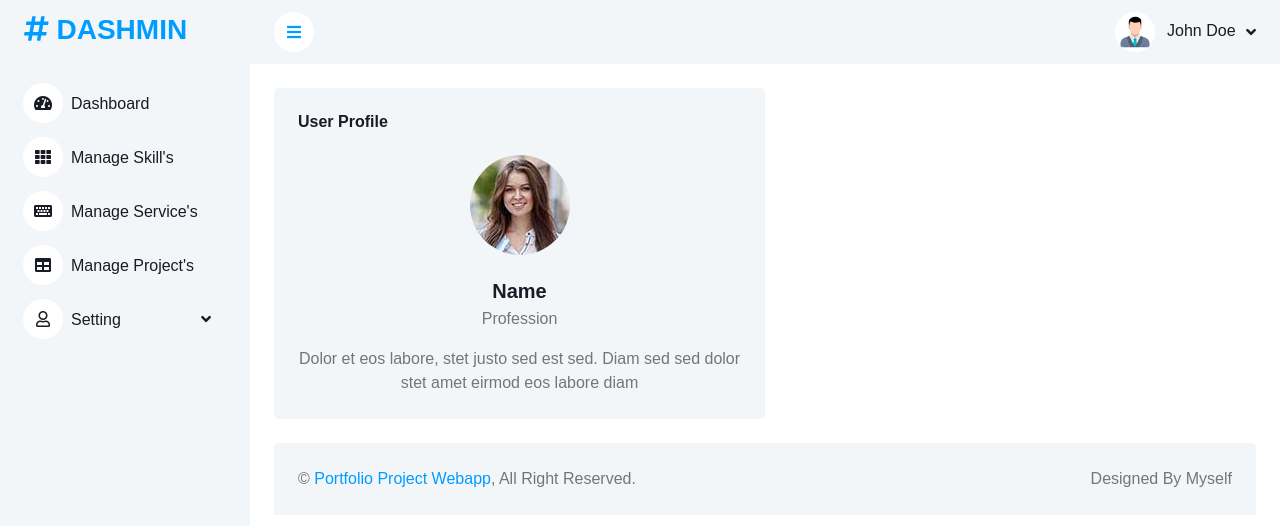
Repository: h4fizm/management-portfolio-project-webapp
Page: http://localhost/profile
The author's editor kept a copy of each file at every save. The page is drawn from the files as they stood at one save, then again after the next save.
The browser window is 1280 px wide. The pictures show the whole page.
Some web fonts or font styles are not loaded; a fallback is used. Some web libraries are served in a nearby version. The page is served by the project's Laravel application, run on PHP 8.4 with Laravel 12. A made-up administrator, Test User (test@example.com), is signed in. Other server files are loaded and not shown.

Above is the page before, as saved 2025-01-15 03:02:49.
Console error: TypeError: Cannot read properties of undefined (reading 'getContext')

### routes/web.php
<?php

use Illuminate\Support\Facades\Route;
use App\Http\Controllers\AuthController;
use App\Http\Controllers\DashboardController;
use App\Http\Controllers\ProfileController;

Route::get('/', function () {
    return view('LandingPage');
});

Route::get('/login', [AuthController::class, 'showLoginPage'])->name('login.page');
Route::post('/login', [AuthController::class, 'login'])->name('login');

Route::get('/register', [AuthController::class, 'showRegisterPage'])->name('register.page');
Route::post('/register', [AuthController::class, 'register'])->name('register');

Route::post('/logout', [AuthController::class, 'logout'])->name('logout');

// Lindungi route dashboard dengan middleware auth
Route::get('/dashboard', [DashboardController::class, 'showMainPage'])->middleware('auth')->name('dashboard');
Route::get('/profile', [ProfileController::class, 'showProfilePage'])->middleware('auth')->name('profile');

### app/Models/User.php
<?php

namespace App\Models;

use Illuminate\Database\Eloquent\Factories\HasFactory;
use Illuminate\Database\Eloquent\Model;
use Illuminate\Foundation\Auth\User as Authenticatable;

class User extends Authenticatable
{
    use HasFactory;

    // Tentukan tabel yang digunakan
    protected $table = 'user';

    // Tentukan kolom yang dapat diisi
    protected $fillable = ['name', 'email', 'password', 'upload_resume'];

    // Sembunyikan kolom tertentu saat serialisasi
    protected $hidden = ['password', 'remember_token'];
}

### app/Http/Controllers/ProfileController.php
<?php

namespace App\Http\Controllers;

use Illuminate\Http\Request;

class ProfileController extends Controller
{
    public function showProfilePage()
    {
        return view('menu.profile');
    }
}

### resources/views/menu/profile.blade.php
@extends('MainPage')
@section('title', 'User Profile')
@section('content')
<div class="container-fluid pt-4 px-4">
    <div class="col-sm-12 col-xl-6">
        <div class="bg-light rounded h-100 p-4">
            <h6 class="mb-4">User Profile</h6>
            <div class="owl-carousel testimonial-carousel">
                <div class="testimonial-item text-center">
                    <img class="img-fluid rounded-circle mx-auto mb-4" src="{{ asset('DashPage/img/testimonial-1.jpg') }}" style="width: 100px; height: 100px;">
                    <h5 class="mb-1">Name</h5>
                    <p>Profession</p>
                    <p class="mb-0">Dolor et eos labore, stet justo sed est sed. Diam sed sed dolor stet amet eirmod eos labore diam</p>
                </div>
            </div>
        </div>
    </div>
</div>
@endsection

### resources/views/MainPage.blade.php
<!DOCTYPE html>
<html lang="en">

<head>
    <meta charset="utf-8">
    <title>@yield('title')</title>
    <meta content="width=device-width, initial-scale=1.0" name="viewport">
    <meta content="" name="keywords">
    <meta content="" name="description">

    <!-- Favicon -->
    <link href="img/favicon.ico" rel="icon">

    <!-- Google Web Fonts -->
    <link rel="preconnect" href="https://fonts.googleapis.com">
    <link rel="preconnect" href="https://fonts.gstatic.com" crossorigin>
    <link href="https://fonts.googleapis.com/css2?family=Heebo:wght@400;500;600;700&display=swap" rel="stylesheet">

    <!-- Icon Font Stylesheet -->
    <link href="https://cdnjs.cloudflare.com/ajax/libs/font-awesome/5.10.0/css/all.min.css" rel="stylesheet">
    <link href="https://cdn.jsdelivr.net/npm/bootstrap-icons@1.4.1/font/bootstrap-icons.css" rel="stylesheet">

    <!-- Libraries Stylesheet -->
    <link href="{{ asset('DashPage/lib/owlcarousel/assets/owl.carousel.min.css')}}" rel="stylesheet">
    <link href="{{ asset('DashPage/lib/tempusdominus/css/tempusdominus-bootstrap-4.min.css')}}" rel="stylesheet" />

    <!-- Customized Bootstrap Stylesheet -->
    <link href="{{ asset('DashPage/css/bootstrap.min.css')}}" rel="stylesheet">

    <!-- Template Stylesheet -->
    <link href="{{ asset('DashPage/css/style.css')}}" rel="stylesheet">
</head>

<body>
    <div class="container-xxl position-relative bg-white d-flex p-0">
        <!-- Spinner Start -->
        <div id="spinner" class="show bg-white position-fixed translate-middle w-100 vh-100 top-50 start-50 d-flex align-items-center justify-content-center">
            <div class="spinner-border text-primary" style="width: 3rem; height: 3rem;" role="status">
                <span class="sr-only">Loading...</span>
            </div>
        </div>
        <!-- Spinner End -->


        <!-- Sidebar Start -->
        @include('partials.sidebar')
        <!-- Sidebar End -->


        <!-- Content Start -->
        <div class="content">
            <!-- Navbar Start -->
            @include('partials.header')
            <!-- Navbar End -->


            <!-- Main Content -->
             @yield('content')
            <!-- End Main Content -->

            <!-- Footer Start -->
             @include('partials.footer')
            <!-- Footer End -->
        </div>
        <!-- Content End -->


        <!-- Back to Top -->
        {{-- <a href="#" class="btn btn-lg btn-primary btn-lg-square back-to-top"><i class="bi bi-arrow-up"></i></a> --}}
    </div>

    <!-- JavaScript Libraries -->
    <script src="https://code.jquery.com/jquery-3.4.1.min.js"></script>
    <script src="https://cdn.jsdelivr.net/npm/bootstrap@5.0.0/dist/js/bootstrap.bundle.min.js"></script>
    <script src="{{ asset('DashPage/lib/chart/chart.min.js')}}"></script>
    <script src="{{ asset('DashPage/lib/easing/easing.min.js')}}"></script>
    <script src="{{ asset('DashPage/lib/waypoints/waypoints.min.js')}}"></script>
    <script src="{{ asset('DashPage/lib/owlcarousel/owl.carousel.min.js')}}"></script>
    <script src="{{ asset('DashPage/lib/tempusdominus/js/moment.min.js')}}"></script>
    <script src="{{ asset('DashPage/lib/tempusdominus/js/moment-timezone.min.js')}}"></script>
    <script src="{{ asset('DashPage/lib/tempusdominus/js/tempusdominus-bootstrap-4.min.js')}}"></script>

    <!-- Template Javascript -->
    <script src="{{ asset('DashPage/js/main.js')}}"></script>
</body>

</html>

### resources/views/partials/sidebar.blade.php
<div class="sidebar pe-4 pb-3">
    <nav class="navbar bg-light navbar-light">
        <a href="{{ route('dashboard') }}" class="navbar-brand mx-4 mb-3">
            <h3 class="text-primary"><i class="fa fa-hashtag me-2"></i>DASHMIN</h3>
        </a>
        <div class="navbar-nav w-100">
            <a href="{{ route('dashboard') }}" class="nav-item nav-link @if(Route::currentRouteName() == 'dashboard') active @endif">
                <i class="fa fa-tachometer-alt me-2"></i>Dashboard
            </a>
            <a href="#" class="nav-item nav-link">
                <i class="fa fa-th me-2"></i>Manage Skill's
            </a>
            <a href="#" class="nav-item nav-link">
                <i class="fa fa-keyboard me-2"></i>Manage Service's
            </a>
            <a href="#" class="nav-item nav-link">
                <i class="fa fa-table me-2"></i>Manage Project's
            </a>
            <div class="nav-item dropdown">
                <a href="#" class="nav-link dropdown-toggle" data-bs-toggle="dropdown">
                    <i class="far fa-user me-2"></i>Setting
                </a>
                <div class="dropdown-menu bg-transparent border-0">
                    <a href="#" class="dropdown-item">Manage User</a>
                    <a href="{{ route('profile') }}" class="dropdown-item @if(Route::currentRouteName() == 'profile') active @endif">My Profile</a>
                </div>
            </div>
        </div>
    </nav>
</div>

### resources/views/partials/header.blade.php
<nav class="navbar navbar-expand bg-light navbar-light sticky-top px-4 py-0">
    <a href="index.html" class="navbar-brand d-flex d-lg-none me-4">
        <h2 class="text-primary mb-0"><i class="fa fa-hashtag"></i></h2>
    </a>
    <a href="#" class="sidebar-toggler flex-shrink-0">
        <i class="fa fa-bars"></i>
    </a>
    <div class="navbar-nav align-items-center ms-auto">
        <div class="nav-item dropdown">
            <a href="#" class="nav-link dropdown-toggle" data-bs-toggle="dropdown">
                <img class="rounded-circle me-lg-2" src="{{ asset('DashPage/img/user.jpg') }}" alt="" style="width: 40px; height: 40px;">
                <span class="d-none d-lg-inline-flex">John Doe</span>
            </a>
            <div class="dropdown-menu dropdown-menu-end bg-light border-0 rounded-0 rounded-bottom m-0">
                <a href="#" class="dropdown-item">My Profile</a>
                <a href="#" class="dropdown-item" onclick="event.preventDefault(); document.getElementById('logout-form').submit();">
                    Log Out
                </a>
                <form id="logout-form" action="{{ route('logout') }}" method="POST" style="display: none;">
                    @csrf
                </form>
            </div>
        </div>
    </div>
</nav>

### resources/views/partials/footer.blade.php
<div class="container-fluid pt-4 px-4">
    <div class="bg-light rounded-top p-4">
        <div class="row">
            <div class="col-12 col-sm-6 text-center text-sm-start">
                &copy; <a href="">Portfolio Project Webapp</a>, All Right Reserved.
            </div>
            <div class="col-12 col-sm-6 text-center text-sm-end">
                <!--/*** This template is free as long as you keep the footer author’s credit link/attribution link/backlink. If you'd like to use the template without the footer author’s credit link/attribution link/backlink, you can purchase the Credit Removal License from "https://htmlcodex.com/credit-removal". Thank you for your support. ***/-->
                Designed By Myself</a>
            </div>
        </div>
    </div>
</div>

### public/DashPage/css/style.css
/********** Template CSS **********/
:root {
    --primary: #009CFF;
    --light: #F3F6F9;
    --dark: #191C24;
}

.back-to-top {
    position: fixed;
    display: none;
    right: 45px;
    bottom: 45px;
    z-index: 99;
}


/*** Spinner ***/
#spinner {
    opacity: 0;
    visibility: hidden;
    transition: opacity .5s ease-out, visibility 0s linear .5s;
    z-index: 99999;
}

#spinner.show {
    transition: opacity .5s ease-out, visibility 0s linear 0s;
    visibility: visible;
    opacity: 1;
}


/*** Button ***/
.btn {
    transition: .5s;
}

.btn.btn-primary {
    color: #FFFFFF;
}

.btn-square {
    width: 38px;
    height: 38px;
}

.btn-sm-square {
    width: 32px;
    height: 32px;
}

.btn-lg-square {
    width: 48px;
    height: 48px;
}

.btn-square,
.btn-sm-square,
.btn-lg-square {
    padding: 0;
    display: inline-flex;
    align-items: center;
    justify-content: center;
    font-weight: normal;
    border-radius: 50px;
}


/*** Layout ***/
.sidebar {
    position: fixed;
    top: 0;
    left: 0;
    bottom: 0;
    width: 250px;
    height: 100vh;
    overflow-y: auto;
    background: var(--light);
    transition: 0.5s;
    z-index: 999;
}

.content {
    margin-left: 250px;
    min-height: 100vh;
    background: #FFFFFF;
    transition: 0.5s;
}

@media (min-width: 992px) {
    .sidebar {
        margin-left: 0;
    }

    .sidebar.open {
        margin-left: -250px;
    }

    .content {
        width: calc(100% - 250px);
    }

    .content.open {
        width: 100%;
        margin-left: 0;
    }
}

@media (max-width: 991.98px) {
    .sidebar {
        margin-left: -250px;
    }

    .sidebar.open {
        margin-left: 0;
    }

    .content {
        width: 100%;
        margin-left: 0;
    }
}


/*** Navbar ***/
.sidebar .navbar .navbar-nav .nav-link {
    padding: 7px 20px;
    color: var(--dark);
    font-weight: 500;
    border-left: 3px solid var(--light);
    border-radius: 0 30px 30px 0;
    outline: none;
}

.sidebar .navbar .navbar-nav .nav-link:hover,
.sidebar .navbar .navbar-nav .nav-link.active {
    color: var(--primary);
    background: #FFFFFF;
    border-color: var(--primary);
}

.sidebar .navbar .navbar-nav .nav-link i {
    width: 40px;
    height: 40px;
    display: inline-flex;
    align-items: center;
    justify-content: center;
    background: #FFFFFF;
    border-radius: 40px;
}

.sidebar .navbar .navbar-nav .nav-link:hover i,
.sidebar .navbar .navbar-nav .nav-link.active i {
    background: var(--light);
}

.sidebar .navbar .dropdown-toggle::after {
    position: absolute;
    top: 15px;
    right: 15px;
    border: none;
    content: "\f107";
    font-family: "Font Awesome 5 Free";
    font-weight: 900;
    transition: .5s;
}

.sidebar .navbar .dropdown-toggle[aria-expanded=true]::after {
    transform: rotate(-180deg);
}

.sidebar .navbar .dropdown-item {
    padding-left: 25px;
    border-radius: 0 30px 30px 0;
}

.content .navbar .navbar-nav .nav-link {
    margin-left: 25px;
    padding: 12px 0;
    color: var(--dark);
    outline: none;
}

.content .navbar .navbar-nav .nav-link:hover,
.content .navbar .navbar-nav .nav-link.active {
    color: var(--primary);
}

.content .navbar .sidebar-toggler,
.content .navbar .navbar-nav .nav-link i {
    width: 40px;
    height: 40px;
    display: inline-flex;
    align-items: center;
    justify-content: center;
    background: #FFFFFF;
    border-radius: 40px;
}

.content .navbar .dropdown-toggle::after {
    margin-left: 6px;
    vertical-align: middle;
    border: none;
    content: "\f107";
    font-family: "Font Awesome 5 Free";
    font-weight: 900;
    transition: .5s;
}

.content .navbar .dropdown-toggle[aria-expanded=true]::after {
    transform: rotate(-180deg);
}

@media (max-width: 575.98px) {
    .content .navbar .navbar-nav .nav-link {
        margin-left: 15px;
    }
}


/*** Date Picker ***/
.bootstrap-datetimepicker-widget.bottom {
    top: auto !important;
}

.bootstrap-datetimepicker-widget .table * {
    border-bottom-width: 0px;
}

.bootstrap-datetimepicker-widget .table th {
    font-weight: 500;
}

.bootstrap-datetimepicker-widget.dropdown-menu {
    padding: 10px;
    border-radius: 2px;
}

.bootstrap-datetimepicker-widget table td.active,
.bootstrap-datetimepicker-widget table td.active:hover {
    background: var(--primary);
}

.bootstrap-datetimepicker-widget table td.today::before {
    border-bottom-color: var(--primary);
}


/*** Testimonial ***/
.progress .progress-bar {
    width: 0px;
    transition: 2s;
}


/*** Testimonial ***/
.testimonial-carousel .owl-dots {
    margin-top: 24px;
    display: flex;
    align-items: flex-end;
    justify-content: center;
}

.testimonial-carousel .owl-dot {
    position: relative;
    display: inline-block;
    margin: 0 5px;
    width: 15px;
    height: 15px;
    border: 5px solid var(--primary);
    border-radius: 15px;
    transition: .5s;
}

.testimonial-carousel .owl-dot.active {
    background: var(--dark);
    border-color: var(--primary);
}

### public/DashPage/js/main.js
(function ($) {
    "use strict";

    // Spinner
    var spinner = function () {
        setTimeout(function () {
            if ($('#spinner').length > 0) {
                $('#spinner').removeClass('show');
            }
        }, 1);
    };
    spinner();


    // Back to top button
    $(window).scroll(function () {
        if ($(this).scrollTop() > 300) {
            $('.back-to-top').fadeIn('slow');
        } else {
            $('.back-to-top').fadeOut('slow');
        }
    });
    $('.back-to-top').click(function () {
        $('html, body').animate({scrollTop: 0}, 1500, 'easeInOutExpo');
        return false;
    });


    // Sidebar Toggler
    $('.sidebar-toggler').click(function () {
        $('.sidebar, .content').toggleClass("open");
        return false;
    });


    // Progress Bar
    $('.pg-bar').waypoint(function () {
        $('.progress .progress-bar').each(function () {
            $(this).css("width", $(this).attr("aria-valuenow") + '%');
        });
    }, {offset: '80%'});


    // Calender
    $('#calender').datetimepicker({
        inline: true,
        format: 'L'
    });


    // Testimonials carousel
    $(".testimonial-carousel").owlCarousel({
        autoplay: true,
        smartSpeed: 1000,
        items: 1,
        dots: true,
        loop: true,
        nav : false
    });


    // Worldwide Sales Chart
    var ctx1 = $("#worldwide-sales").get(0).getContext("2d");
    var myChart1 = new Chart(ctx1, {
        type: "bar",
        data: {
            labels: ["2016", "2017", "2018", "2019", "2020", "2021", "2022"],
            datasets: [{
                    label: "USA",
                    data: [15, 30, 55, 65, 60, 80, 95],
                    backgroundColor: "rgba(0, 156, 255, .7)"
                },
                {
                    label: "UK",
                    data: [8, 35, 40, 60, 70, 55, 75],
                    backgroundColor: "rgba(0, 156, 255, .5)"
                },
                {
                    label: "AU",
                    data: [12, 25, 45, 55, 65, 70, 60],
                    backgroundColor: "rgba(0, 156, 255, .3)"
                }
            ]
            },
        options: {
            responsive: true
        }
    });


    // Salse & Revenue Chart
    var ctx2 = $("#salse-revenue").get(0).getContext("2d");
    var myChart2 = new Chart(ctx2, {
        type: "line",
        data: {
            labels: ["2016", "2017", "2018", "2019", "2020", "2021", "2022"],
            datasets: [{
                    label: "Salse",
                    data: [15, 30, 55, 45, 70, 65, 85],
                    backgroundColor: "rgba(0, 156, 255, .5)",
                    fill: true
                },
                {
                    label: "Revenue",
                    data: [99, 135, 170, 130, 190, 180, 270],
                    backgroundColor: "rgba(0, 156, 255, .3)",
                    fill: true
                }
            ]
            },
        options: {
            responsive: true
        }
    });



    // Single Line Chart
    var ctx3 = $("#line-chart").get(0).getContext("2d");
    var myChart3 = new Chart(ctx3, {
        type: "line",
        data: {
            labels: [50, 60, 70, 80, 90, 100, 110, 120, 130, 140, 150],
            datasets: [{
                label: "Salse",
                fill: false,
                backgroundColor: "rgba(0, 156, 255, .3)",
                data: [7, 8, 8, 9, 9, 9, 10, 11, 14, 14, 15]
            }]
        },
        options: {
            responsive: true
        }
    });


    // Single Bar Chart
    var ctx4 = $("#bar-chart").get(0).getContext("2d");
    var myChart4 = new Chart(ctx4, {
        type: "bar",
        data: {
            labels: ["Italy", "France", "Spain", "USA", "Argentina"],
            datasets: [{
                backgroundColor: [
                    "rgba(0, 156, 255, .7)",
                    "rgba(0, 156, 255, .6)",
                    "rgba(0, 156, 255, .5)",
                    "rgba(0, 156, 255, .4)",
                    "rgba(0, 156, 255, .3)"
                ],
                data: [55, 49, 44, 24, 15]
            }]
        },
        options: {
            responsive: true
        }
    });


    // Pie Chart
    var ctx5 = $("#pie-chart").get(0).getContext("2d");
    var myChart5 = new Chart(ctx5, {
        type: "pie",
        data: {
            labels: ["Italy", "France", "Spain", "USA", "Argentina"],
            datasets: [{
                backgroundColor: [
                    "rgba(0, 156, 255, .7)",
                    "rgba(0, 156, 255, .6)",
                    "rgba(0, 156, 255, .5)",
                    "rgba(0, 156, 255, .4)",
                    "rgba(0, 156, 255, .3)"
                ],
                data: [55, 49, 44, 24, 15]
            }]
        },
        options: {
            responsive: true
        }
    });


    // Doughnut Chart
    var ctx6 = $("#doughnut-chart").get(0).getContext("2d");
    var myChart6 = new Chart(ctx6, {
        type: "doughnut",
        data: {
            labels: ["Italy", "France", "Spain", "USA", "Argentina"],
            datasets: [{
                backgroundColor: [
                    "rgba(0, 156, 255, .7)",
                    "rgba(0, 156, 255, .6)",
                    "rgba(0, 156, 255, .5)",
                    "rgba(0, 156, 255, .4)",
                    "rgba(0, 156, 255, .3)"
                ],
                data: [55, 49, 44, 24, 15]
            }]
        },
        options: {
            responsive: true
        }
    });


})(jQuery);

Loaded but not shown: app/Http/Controllers/Controller.php (common file); public/DashPage/lib/owlcarousel/assets/owl.carousel.min.css (common file); public/DashPage/lib/tempusdominus/css/tempusdominus-bootstrap-4.min.css (library); public/DashPage/css/bootstrap.min.css (library); public/DashPage/lib/chart/chart.min.js (library); public/DashPage/lib/easing/easing.min.js (common file); public/DashPage/lib/waypoints/waypoints.min.js (library); public/DashPage/lib/owlcarousel/owl.carousel.min.js (library); public/DashPage/lib/tempusdominus/js/moment.min.js (library); public/DashPage/lib/tempusdominus/js/moment-timezone.min.js (library); public/DashPage/lib/tempusdominus/js/tempusdominus-bootstrap-4.min.js (library)

After the next save:
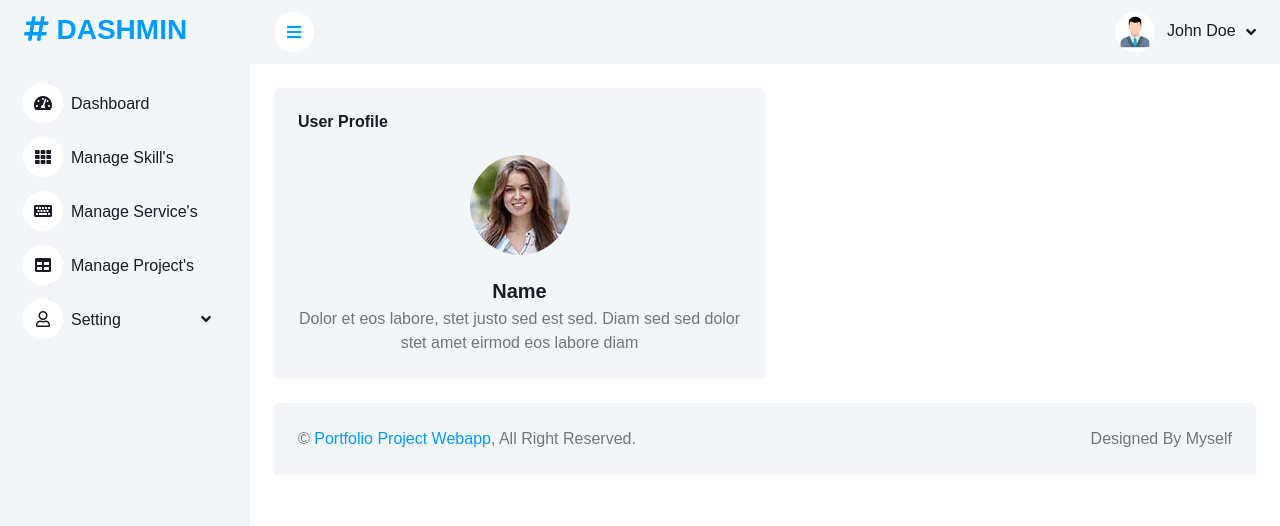
Saved 12 s later.
--- a/resources/views/menu/profile.blade.php
+++ b/resources/views/menu/profile.blade.php
@@ -9,7 +9,6 @@
                 <div class="testimonial-item text-center">
                     <img class="img-fluid rounded-circle mx-auto mb-4" src="{{ asset('DashPage/img/testimonial-1.jpg') }}" style="width: 100px; height: 100px;">
                     <h5 class="mb-1">Name</h5>
-                    <p>Profession</p>
                     <p class="mb-0">Dolor et eos labore, stet justo sed est sed. Diam sed sed dolor stet amet eirmod eos labore diam</p>
                 </div>
             </div>
